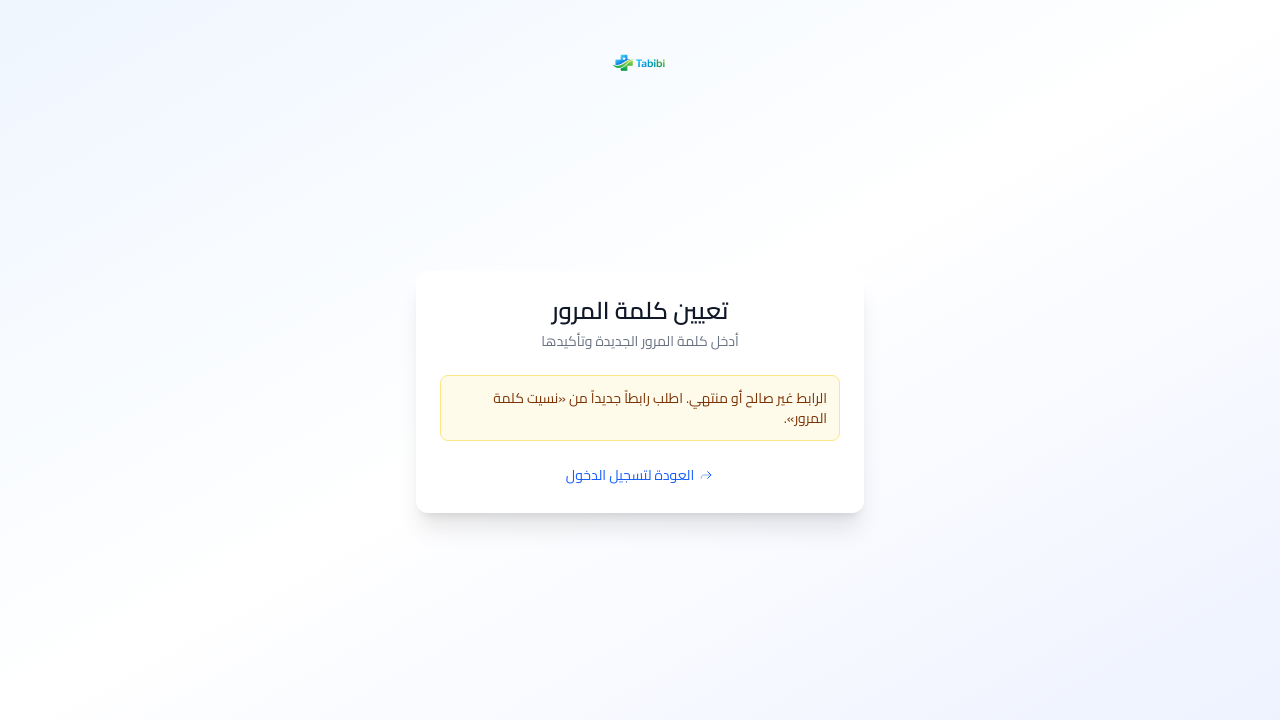
Repository: Hazemhw22/tabibi
Page: /auth/update-password
These files come from the project's save history. The page is drawn as it stood at one moment and after the next save; the edit follows.
The browser window is 1280 px wide. The pictures show the whole page.
The page's requests for data from a server got no answer. The project was rebuilt for these pictures with package versions that can differ from the ones it lists, and the page was loaded fresh each time. The framework's server and built-in components were replaced by stand-ins that run in the browser. No one was signed in, and anything a server would have sent is missing. Also part of the build but not shown: next.config.ts, src/components/icon/icon-lock.tsx, src/components/ui/button.tsx, src/components/ui/input.tsx.

Above is the page before, as saved 2026-03-09 19:04:40.

After the next save:
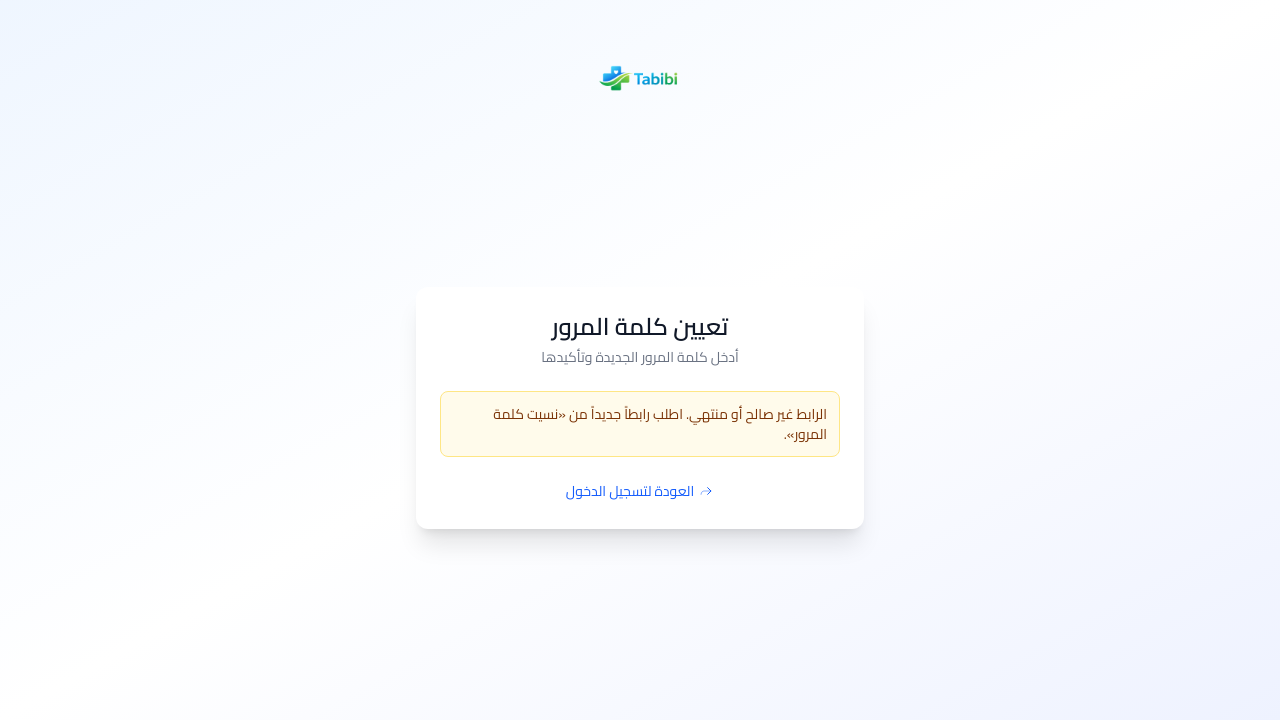
Saved 7 s later.
--- a/src/app/(auth)/layout.tsx
+++ b/src/app/(auth)/layout.tsx
@@ -15,7 +15,7 @@ export default function AuthLayout({
             alt="Tabibi"
             width={220}
             height={56}
-            className="h-22 w-auto sm:h-16 max-w-[200px] sm:max-w-[240px]"
+            className="h-24 w-auto sm:h-24 max-w-[200px] sm:max-w-[240px]"
             priority
           />
         </Link>
